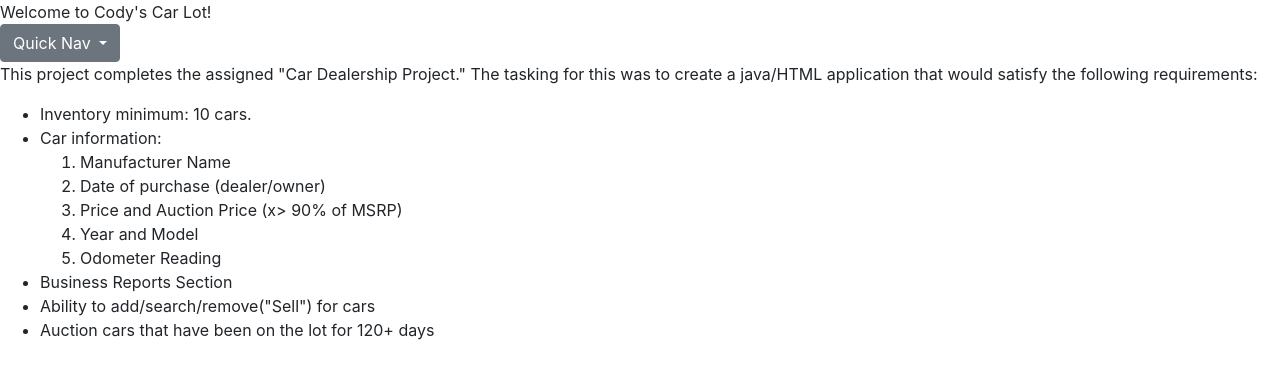
Repository: CodyHogge/CarDealershipProject
Page: http://localhost/CarDealershipProject/homePage.jsp
An editor plug-in stored every save of this project. The page is shown before and after the next save, followed by the edit.
The browser window is 1280 px wide. The pictures show the whole page.
The page is served by Tomcat 9.

Above is the page before, as saved 2020-09-14 15:23:17.

After the next save:
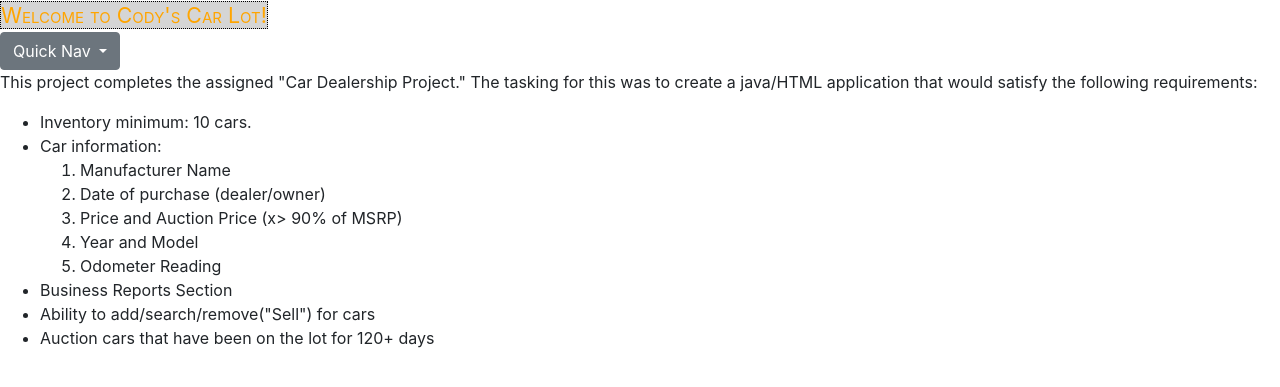
Saved 66 s later.
--- a/CarDealershipProject/WebContent/homePage.jsp
+++ b/CarDealershipProject/WebContent/homePage.jsp
@@ -15,7 +15,7 @@
 <body>
 
 
-<span class="top-banner">Welcome to Cody's Car Lot!</span>
+<span class="top-banner" id="top-banner-home">Welcome to Cody's Car Lot!</span>
 
 
 <div class="dropdown">
--- a/CarDealershipProject/WebContent/styles/styles.css
+++ b/CarDealershipProject/WebContent/styles/styles.css
@@ -1,4 +1,17 @@
-top-banner{
+.top-banner{
+	font-variant: small-caps;
+	font-size: 16pt;
+	border-style: dotted;
+	border-right-width: 1px;
+	border-left-width: 1px;
+	border-top-width: 1px;
+	border-bottom-width: 1px;
+	border-color: black;
+	background-color: #d5d5d5;
+	color: orange;
+}
+
+#top-banner-home{
 	font-variant: small-caps;
 	font-size: 16pt;
 	border-style: dotted;
